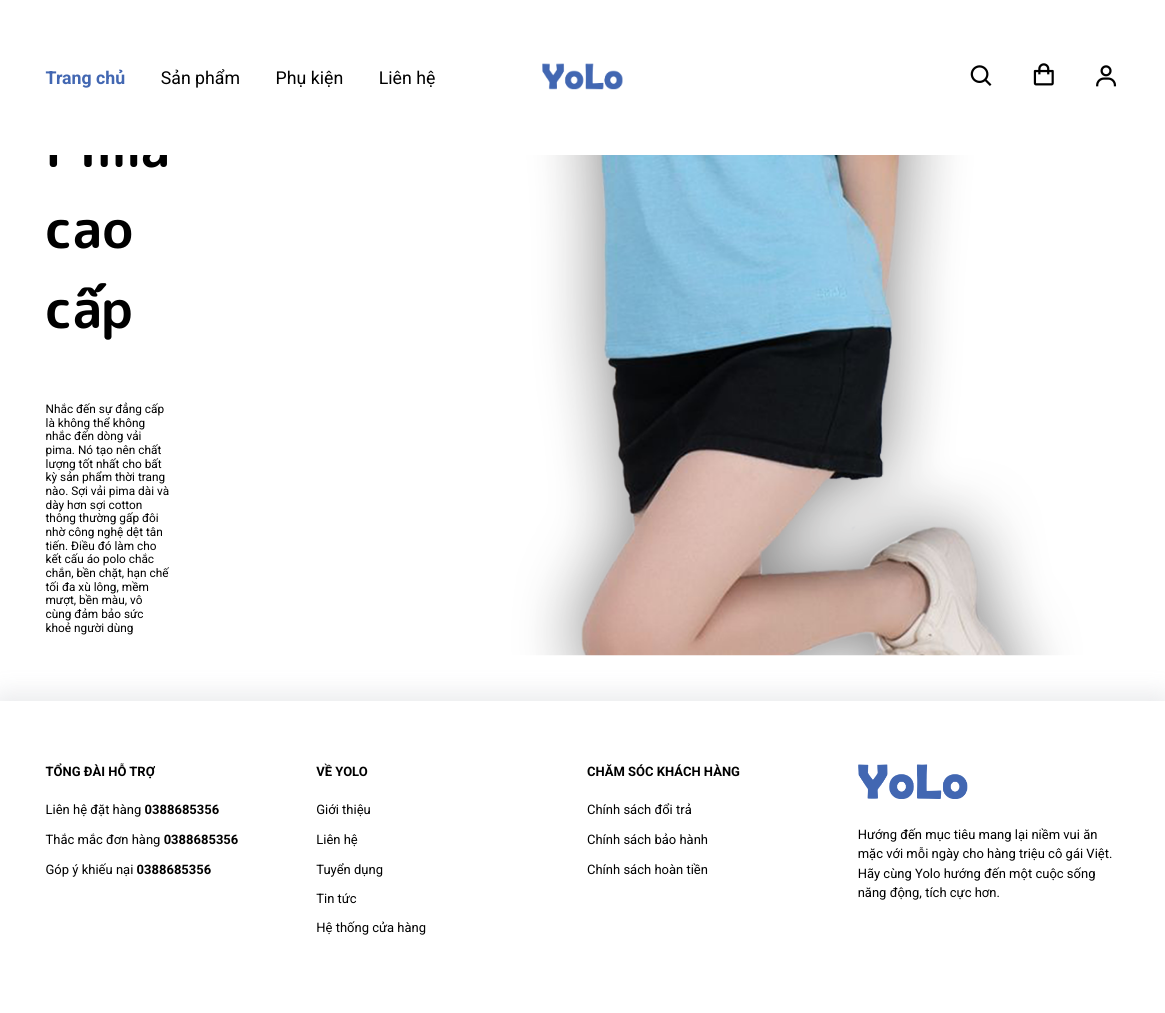
Repository: NguyenThanhBinh1210/Binh-React
Page: / (app in yoloshop/)
These files come from the project's save history. The page is drawn as it stood at one moment and after the next save; the edit follows.
The browser window is 1280 px wide. The pictures show the whole page, at 91% of full size.
The project was rebuilt for these pictures with package versions that can differ from the ones it lists, and the page was loaded fresh each time. A package was used in the major version that the imports need, not the one package.json lists. Also part of the build but not shown: yoloshop/src/pages/Product.jsx, yoloshop/src/pages/Catalog.jsx, yoloshop/src/pages/Cart.jsx, yoloshop/src/pages/Accessory.jsx, yoloshop/src/pages/Contact.jsx.

Above is the page before, as saved 2021-11-25 12:08:49.

After the next save:
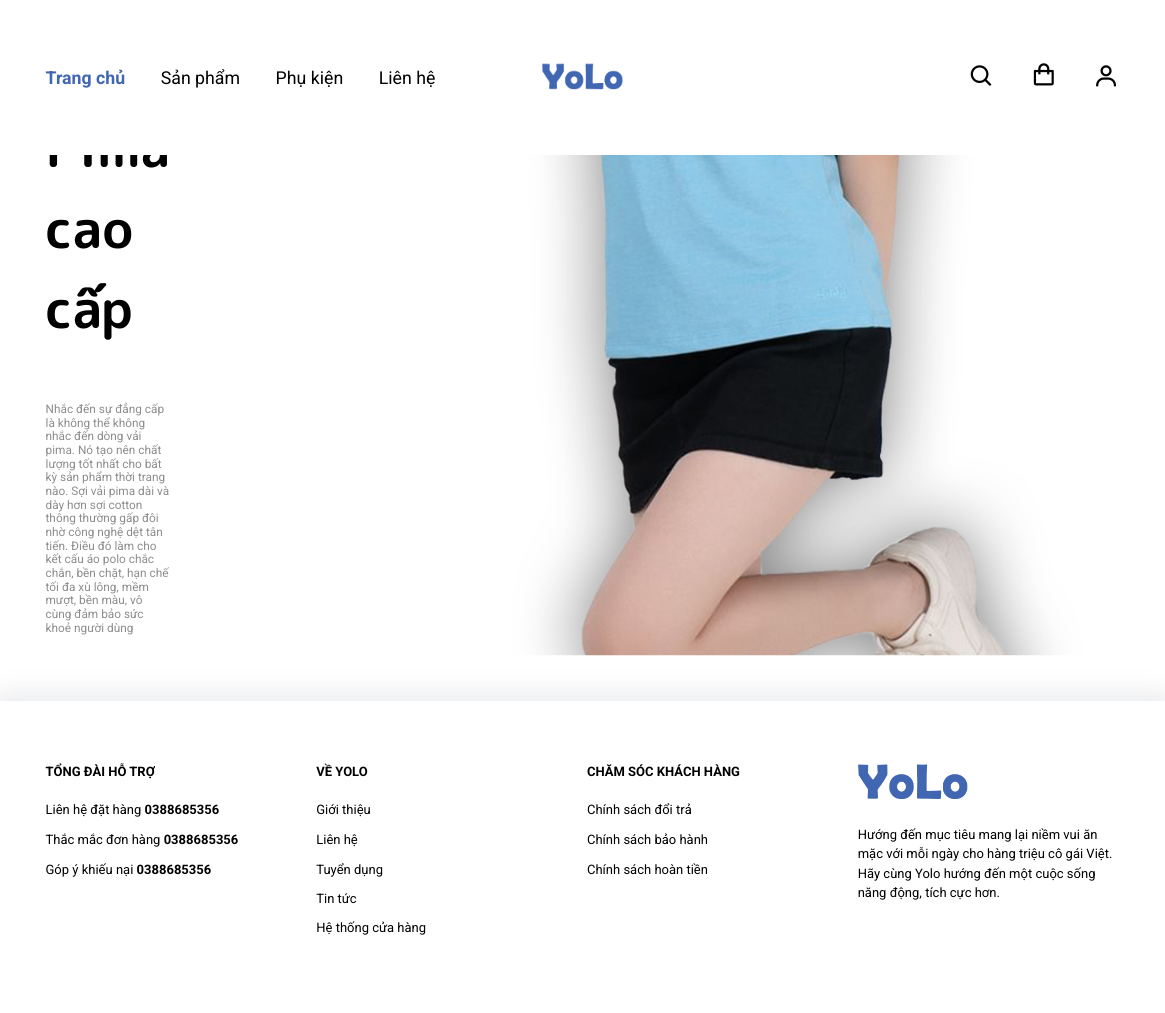
Saved 29 s later.
--- a/yoloshop/src/sass/components/_hero-slider.scss
+++ b/yoloshop/src/sass/components/_hero-slider.scss
@@ -40,6 +40,9 @@
 				line-height: 6.75rem;
 				overflow: hidden;
 			}
+			&__description {
+				color: $txt-second-color;
+			}
 		}
 	}
 }
